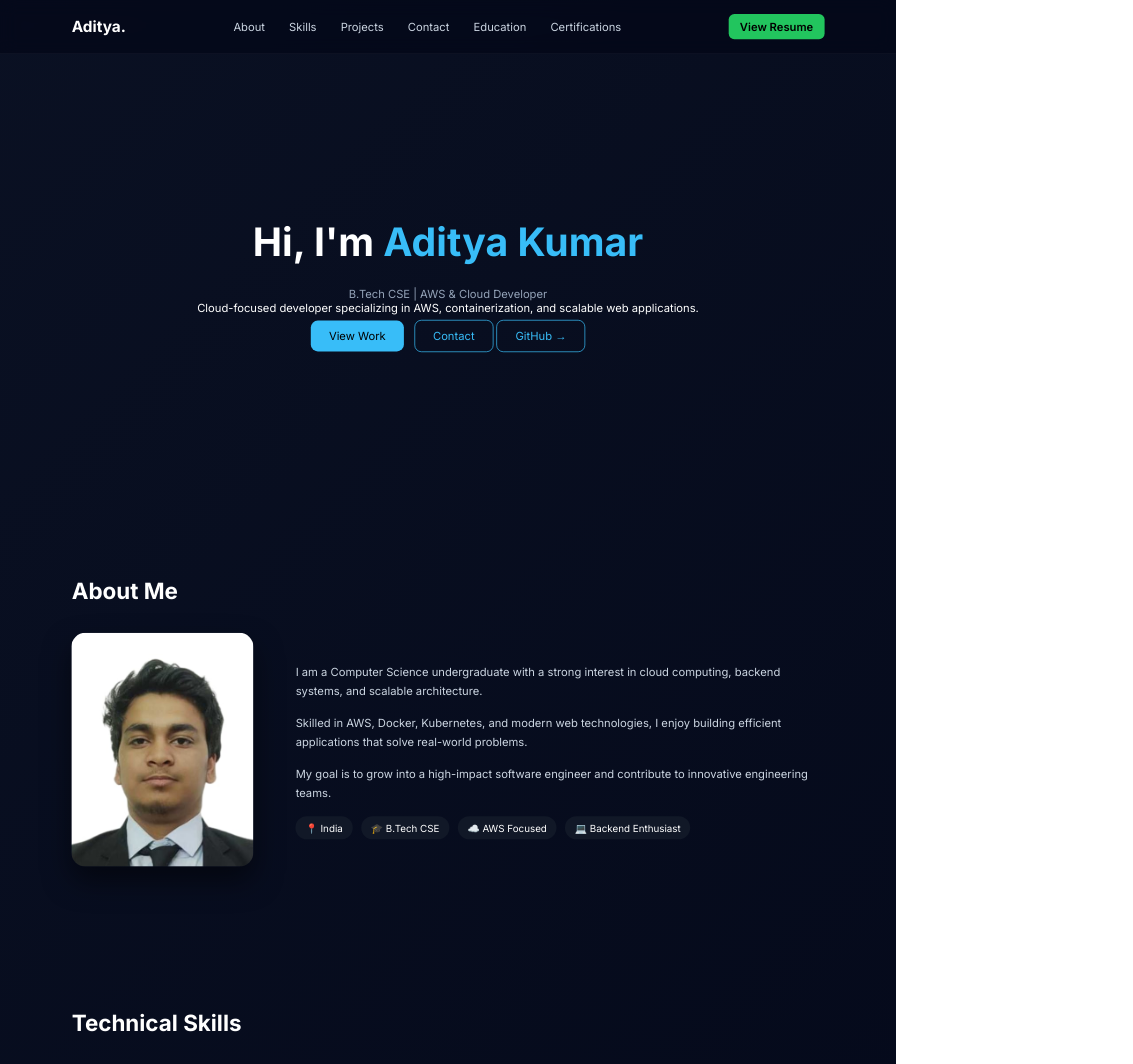
Repository: Aditya2419/My-Portfolio
Page: index.html
An editor plug-in stored every save of this project. The page is shown before and after the next save, followed by the edit.
The browser window is 1280 px wide. The page is 1280 px wide, then 1618 px, so the pictures cover 1618 px, including what lies to the right of the window. The pictures show the part of the page from y = 0 to 1520 px (the page is 4239 px tall before and 8366 px after), at 70% of full size.

Above is the page before, as saved 2026-02-14 12:41:35.
Console error: TypeError: Cannot set properties of null (setting 'textContent')

### index.html
<!DOCTYPE html>
<html lang="en">
<head>
<meta charset="UTF-8">
<meta name="viewport" content="width=device-width, initial-scale=1.0">
<link rel="stylesheet" href="https://cdn.jsdelivr.net/gh/devicons/devicon@latest/devicon.min.css">


<title>Aditya Kumar | Cloud & Software Developer</title>

<link rel="stylesheet" href="style.css">
<script src="script.js"></script>

<!-- Google Font -->
<link href="https://fonts.googleapis.com/css2?family=Inter:wght@300;400;600;700&display=swap" rel="stylesheet">

</head>
<body>

<header>
    <div class="logo">Aditya.</div>

    <nav>
        <a href="#about">About</a>
        <a href="#skills">Skills</a>
        <a href="#projects">Projects</a>
        <a href="#contact">Contact</a>
        <a href="#education">Education</a>
        <a href="#certifications">Certifications</a>
    </nav>

    <a class="resume-btn" href="resume.pdf" target="_blank">View Resume</a>
</header>


<!-- HERO -->
<section class="hero">

    <h1>Hi, I'm <span>Aditya Kumar</span></h1>

    <h2 id="typing"></h2>
    <p class="hero-tagline">
    B.Tech CSE | AWS & Cloud Developer
    </p>

    <p>
        Cloud-focused developer specializing in AWS, containerization,
        and scalable web applications.
    </p>

    <div class="hero-buttons">
        <a class="primary" href="#projects">View Work</a>
        <a class="secondary" href="#contact">Contact</a>
        <a class="secondary" href="https://github.com/Aditya2419" target="_blank">
            GitHub →
            </a>

    </div>

</section>


<!-- ABOUT -->
<section id="about" class="about">

    <h2>About Me</h2>

    <div class="about-container">

        <div class="about-image">
            <img src="images/profile.png" alt="Aditya Kumar">
        </div>

        <div class="about-text">

            <p>
            I am a Computer Science undergraduate with a strong interest in
            cloud computing, backend systems, and scalable architecture.
            </p>

            <p>
            Skilled in AWS, Docker, Kubernetes, and modern web technologies,
            I enjoy building efficient applications that solve real-world problems.
            </p>

            <p>
            My goal is to grow into a high-impact software engineer and contribute
            to innovative engineering teams.
            </p>

            <div class="about-highlights">
                <span>📍 India</span>
                <span>🎓 B.Tech CSE</span>
                <span>☁️ AWS Focused</span>
                <span>💻 Backend Enthusiast</span>
            </div>

        </div>

    </div>

    </section>


    <section id="skills">

        <h2>Technical Skills</h2>

        <div class="skills-icons">

        <div>
        <i class="devicon-cplusplus-plain"></i>
        <p>C++</p>
        </div>

        <div>
        <i class="devicon-java-plain"></i>
        <p>Java</p>
        </div>

        <div>
        <i class="devicon-python-plain"></i>
        <p>Python</p>
        </div>

        <div>
        <i class="devicon-javascript-plain"></i>
        <p>JavaScript</p>
        </div>

        <div>
        <i class="devicon-amazonwebservices-original"></i>
        <p>AWS</p>
        </div>

        <div>
        <i class="devicon-docker-plain"></i>
        <p>Docker</p>
        </div>

        <div>
        <i class="devicon-kubernetes-plain"></i>
        <p>Kubernetes</p>
        </div>

        <div>
        <i class="devicon-flask-original"></i>
        <p>Flask</p>
        </div>

        <div>
        <i class="devicon-mysql-plain"></i>
        <p>MySQL</p>
        </div>

        <div>
        <i class="devicon-mongodb-plain"></i>
        <p>MongoDB</p>
        </div>

        <div>
        <i class="devicon-git-plain"></i>
        <p>Git</p>
        </div>

        </div>

        </section>

<!-- PROJECTS -->
<section id="projects">

<h2>Featured Projects</h2>

<div class="projects">


<div class="card">
    <img src="images/scheduler.png" class="project-img">
<h3>CPU Scheduler Simulator</h3>

<p>
Interactive visualization tool comparing FCFS, SJF, SRTF,
and Round Robin with dynamic Gantt charts.
</p>

<a href="https://cpu-scheduling-simulator-4wlb1ttw0.vercel.app" target="_blank">
Live Demo →
</a>

</div>



<div class="card">
    <img src="images/weather.png" class="project-img">
<h3>Weather Forecasting App</h3>

<p>
Real-time weather application using APIs to display
temperature, humidity, wind speed, and conditions.
</p>

<a href="https://aditya2419.github.io/weather-frontend/" target="_blank">
Live Demo →
</a>

</div>



<div class="card">
    <img src="images/bot.png" class="project-img">
<h3>Esports Discord Bot</h3>

<p>
Automated tournament notifications, dashboards,
and match updates using Discord API and MongoDB.
</p>

</div>

</div>

</section>
<!-- EDUCATION -->
<section id="education">

    <h2>Education</h2>

    <div class="projects">

    <div class="card">
    <h3>Bachelor of Technology — Computer Science</h3>
    <p>Lovely Professional University, Punjab</p>
    <p><strong>CGPA:</strong> 5.84 | Since Aug 2023</p>
    </div>

    <div class="card">
    <h3>Intermediate</h3>
    <p>Kendriya Vidyalaya Sitamarhi</p>
    <p>78.6% | 2022 – 2023</p>
    </div>

    <div class="card">
    <h3>Matriculation</h3>
    <p>DAV Public School Runnisaidpur</p>
    <p>79.3% | 2021 – 2022</p>
    </div>

    </div>

</section>

<!-- CERTIFICATIONS -->
<section id="certifications">

    <h2>Certifications</h2>

    <div class="projects">

    <div class="card">
    <h3>
    <a href="https://drive.google.com/file/d/1bpA1KNv8N4ChRP6UIxs_J1NP4xzPBY3m/view" target="_blank">
    ChatGPT-4 Prompt Engineering
    </a>
    </h3>
    <p>Generative AI & LLM — Aug 2025</p>
    </div>

    <div class="card">
    <h3>
    <a href="https://drive.google.com/file/d/1_-lkyhS2wFa6cdMRbgvlgeUwSiBqU3-Z/view" target="_blank">
    Java Bootcamp (Leetcode – Codeforces Edition)
    </a>
    </h3>
    <p>Jun – Jul 2025</p>
    </div>

    <div class="card">
    <h3>
    <a href="https://drive.google.com/file/d/1noZRTg-AfS7GcR5dral7fzjXNraqbe52/view" target="_blank">
    Privacy and Security in Online Social Media
    </a>
    </h3>
    <p>NPTEL — Jan – Apr 2025</p>
    </div>

    <div class="card">
    <h3>
    <a href="https://drive.google.com/file/d/1WTntSK6iUu-itrrXM8JNScn81ZU8ITXu/view" target="_blank">
    Introduction to Python
    </a>
    </h3>
    <p>Jan 2024</p>
    </div>

    </div>

    </section>

    <section id="contact">

        <h2>Let's Connect</h2>

        <form action="https://formsubmit.co/aditya312004pandey@gmail.com" method="POST">

        <input type="text" name="name" placeholder="Your Name" required>

        <input type="email" name="email" placeholder="Your Email" required>

        <textarea name="message" placeholder="Your Message" required></textarea>

        <button type="submit">Send Message</button>

        </form>

        </section>


<footer>
© 2026 Aditya Kumar — Built for impact.
</footer>


<script src="script.js"></script>

</body>
</html>

### style.css
/* GLOBAL RESET */

*{
    margin:0;
    padding:0;
    box-sizing:border-box;
    font-family:'Inter',sans-serif;
    }

    html{
    scroll-behavior:smooth;
    }

    /* ANIMATED BACKGROUND */

    body{
    background: linear-gradient(-45deg, #0b0f19, #020617, #0f172a, #020617);
    background-size: 400% 400%;
    animation: gradientMove 12s ease infinite;
    color:white;
    }

    @keyframes gradientMove{
    0%{background-position:0% 50%;}
    50%{background-position:100% 50%;}
    100%{background-position:0% 50%;}
    }


    /* 🔥 GLASS NAVBAR */

    header{
    display:flex;
    justify-content:space-between;
    align-items:center;
    padding:20px 8%;
    position:sticky;
    top:0;
    background:rgba(2,6,23,.6);
    backdrop-filter: blur(12px);
    border-bottom:1px solid rgba(255,255,255,.05);
    z-index:999;
    }

    .logo{
    font-weight:700;
    font-size:22px;
    }

    nav a{
    margin:0 15px;
    text-decoration:none;
    color:#cbd5e1;
    transition:.3s;
    }

    nav a:hover{
    color:#38bdf8;
    }

    .resume-btn{
    background:#22c55e;
    padding:8px 16px;
    border-radius:8px;
    text-decoration:none;
    color:black;
    font-weight:600;
    transition:.3s;
    }

    .resume-btn:hover{
    transform:scale(1.05);
    }


    /* HERO */

    .hero{
    height:90vh;
    display:flex;
    flex-direction:column;
    justify-content:center;
    align-items:center;
    text-align:center;
    padding:0 20px;
    }

    .hero span{
    color:#38bdf8;
    }

    .hero h1{
    font-size:56px;
    }

    .hero h2{
    margin:10px 0;
    color:#94a3b8;
    }

    .hero-tagline{
    margin-top:10px;
    color:#94a3b8;
    }

    .hero-buttons{
    margin-top:20px;
    }

    .primary{
    background:#38bdf8;
    padding:12px 26px;
    border-radius:10px;
    text-decoration:none;
    color:black;
    margin-right:10px;
    transition:.3s;
    }

    .primary:hover{
    transform:translateY(-3px);
    }

    .secondary{
    border:1px solid #38bdf8;
    padding:12px 26px;
    border-radius:10px;
    text-decoration:none;
    color:#38bdf8;
    transition:.3s;
    }

    .secondary:hover{
    background:#38bdf8;
    color:black;
    }


    /* SECTIONS */

    section{
    padding:100px 8%;
    }

    h2{
    font-size:32px;
    margin-bottom:30px;
    }


    /* ABOUT */

    .about-container{
    display:flex;
    align-items:center;
    gap:60px;
    flex-wrap:wrap;
    margin-top:40px;
    }

    .about-image img{
    width:260px;
    border-radius:20px;
    box-shadow:0 20px 40px rgba(0,0,0,.5);
    transition:.4s;
    }

    .about-image img:hover{
    transform:scale(1.05);
    }

    .about-text{
    flex:1;
    min-width:280px;
    }

    .about-text p{
    margin-bottom:18px;
    color:#cbd5e1;
    line-height:1.7;
    }

    .about-highlights{
    margin-top:20px;
    display:flex;
    gap:12px;
    flex-wrap:wrap;
    }

    .about-highlights span{
    background:#111827;
    padding:8px 14px;
    border-radius:20px;
    font-size:14px;
    }


    /* SKILLS ICON GRID */

    .skills-icons{
    display:grid;
    grid-template-columns:repeat(auto-fit,minmax(120px,1fr));
    gap:30px;
    text-align:center;
    margin-top:40px;
    }

    .skills-icons i{
    font-size:50px;
    color:#38bdf8;
    }

    .skills-icons div{
    background:#111827;
    padding:20px;
    border-radius:16px;
    transition:.3s;
    }

    .skills-icons div:hover{
    transform:translateY(-6px);
    }


    /* PROJECTS */

    .projects{
    display:grid;
    grid-template-columns:repeat(auto-fit,minmax(280px,1fr));
    gap:25px;
    }

    .card{
    background:#111827;
    padding:25px;
    border-radius:16px;
    transition:.3s;
    }

    .card:hover{
    transform:translateY(-8px);
    box-shadow:0 10px 30px rgba(0,0,0,.4);
    }

    .project-img{
    width:100%;
    border-radius:12px;
    margin-bottom:15px;
    }

    .card a{
    display:inline-block;
    margin-top:10px;
    color:#38bdf8;
    text-decoration:none;
    }

    .card h3 a{
    color:white;
    }

    .card h3 a:hover{
    color:#38bdf8;
    }
    .card{
        position:relative;
        overflow:hidden;
        }

        .card::before{
        content:"";
        position:absolute;
        width:200%;
        height:200%;
        background:linear-gradient(45deg,transparent,#38bdf8,transparent);
        top:-50%;
        left:-50%;
        opacity:.08;
        transform:rotate(25deg);
    }



    /* CONTACT FORM */

    form{
    max-width:600px;
    margin:auto;
    display:flex;
    flex-direction:column;
    gap:15px;
    }

    input, textarea{
    padding:14px;
    border-radius:8px;
    border:none;
    background:#111827;
    color:white;
    }

    button{
    padding:14px;
    border:none;
    background:#38bdf8;
    color:black;
    font-weight:600;
    border-radius:8px;
    cursor:pointer;
    transition:.3s;
    }

    button:hover{
    transform:translateY(-2px);
    }


    /* FOOTER */

    footer{
    text-align:center;
    padding:40px;
    color:#94a3b8;
    }

### script.js
const roles = [
    "Cloud Developer",
    "AWS Enthusiast",
    "Software Engineer",
    "DevOps Learner"
    ];

    let index = 0;
    let charIndex = 0;
    let current = "";
    let isDeleting = false;

    function type(){

    const element = document.getElementById("typing");

    if(index >= roles.length) index = 0;

    current = roles[index];

    if(!isDeleting){
    element.textContent = current.substring(0,charIndex++);
    if(charIndex > current.length){
    isDeleting = true;
    setTimeout(type,1000);
    return;
    }
    }
    else{
    element.textContent = current.substring(0,charIndex--);
    if(charIndex === 0){
    isDeleting = false;
    index++;
    }
    }

    setTimeout(type,60);
    }

    type();

After the next save:
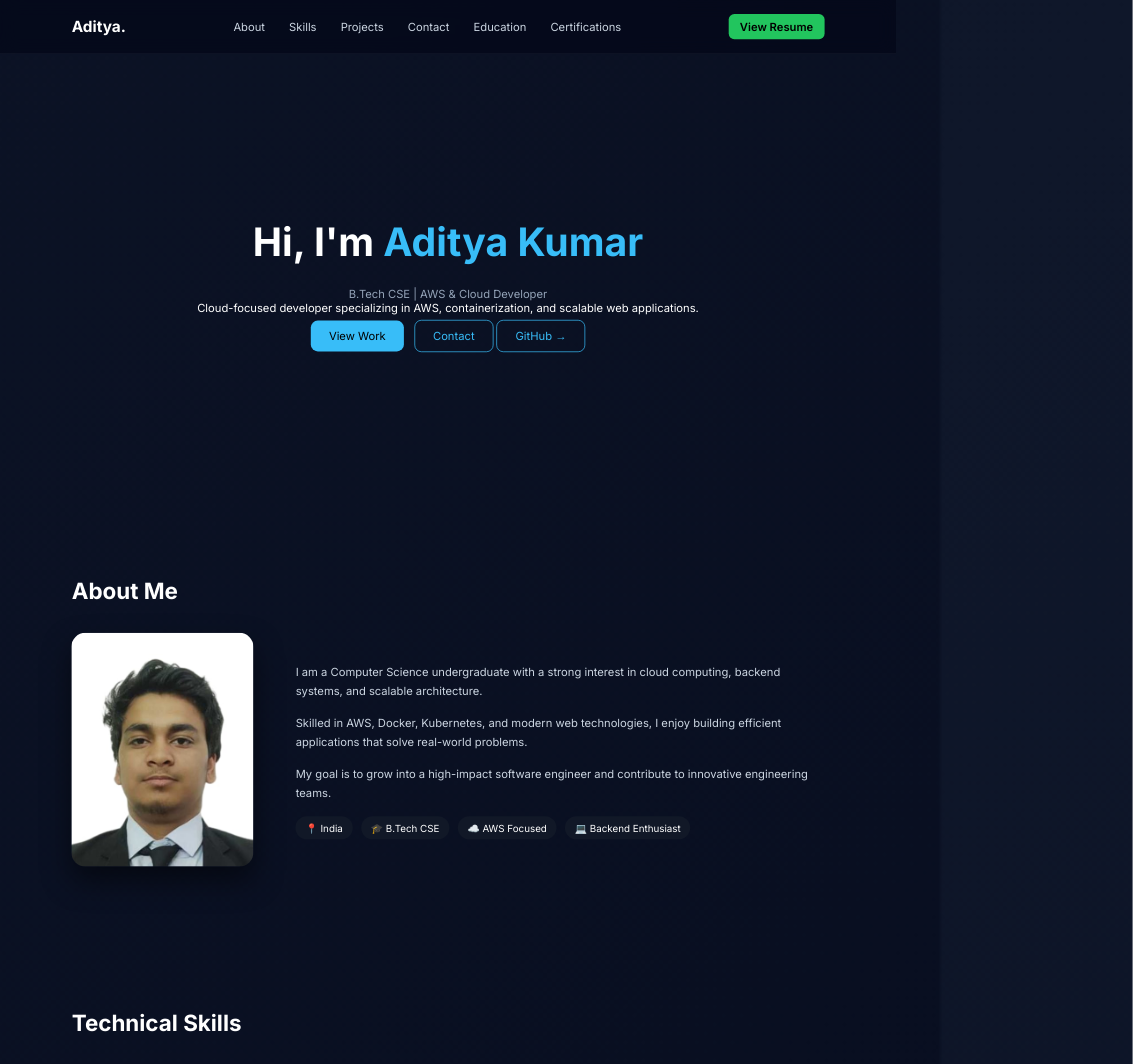
Saved 4 days later.
--- a/index.html
+++ b/index.html
@@ -253,52 +253,34 @@
 </section>
 
 <!-- CERTIFICATIONS -->
-<section id="certifications">
-
-    <h2>Certifications</h2>
-
-    <div class="projects">
-
-    <div class="card">
-    <h3>
-    <a href="https://drive.google.com/file/d/1bpA1KNv8N4ChRP6UIxs_J1NP4xzPBY3m/view" target="_blank">
-    ChatGPT-4 Prompt Engineering
-    </a>
-    </h3>
-    <p>Generative AI & LLM — Aug 2025</p>
-    </div>
-
-    <div class="card">
-    <h3>
-    <a href="https://drive.google.com/file/d/1_-lkyhS2wFa6cdMRbgvlgeUwSiBqU3-Z/view" target="_blank">
-    Java Bootcamp (Leetcode – Codeforces Edition)
-    </a>
-    </h3>
-    <p>Jun – Jul 2025</p>
-    </div>
-
-    <div class="card">
-    <h3>
-    <a href="https://drive.google.com/file/d/1noZRTg-AfS7GcR5dral7fzjXNraqbe52/view" target="_blank">
-    Privacy and Security in Online Social Media
-    </a>
-    </h3>
-    <p>NPTEL — Jan – Apr 2025</p>
-    </div>
-
-    <div class="card">
-    <h3>
-    <a href="https://drive.google.com/file/d/1WTntSK6iUu-itrrXM8JNScn81ZU8ITXu/view" target="_blank">
-    Introduction to Python
-    </a>
-    </h3>
-    <p>Jan 2024</p>
-    </div>
-
-    </div>
+<div class="cert-grid">
+
+    <div class="cert-item">
+        <img src="images/cert4.png">
+        <div class="cert-overlay">Build Generative AI Apps and Solutions</div>
+    </div>
+
+    <div class="cert-item">
+        <img src="images/cert2.png">
+        <div class="cert-overlay">Java Bootcamp</div>
+    </div>
+
+    <div class="cert-item">
+        <img src="images/cert3.png">
+        <div class="cert-overlay">Privacy & Security (NPTEL)</div>
+    </div>
+
+    <div class="cert-item">
+        <img src="images/cert1.png">
+        <div class="cert-overlay">Introduction to Python</div>
+    </div>
+
+    </div>
+
 
     </section>
 
+    <!--- CONTACT -->
     <section id="contact">
 
         <h2>Let's Connect</h2>
